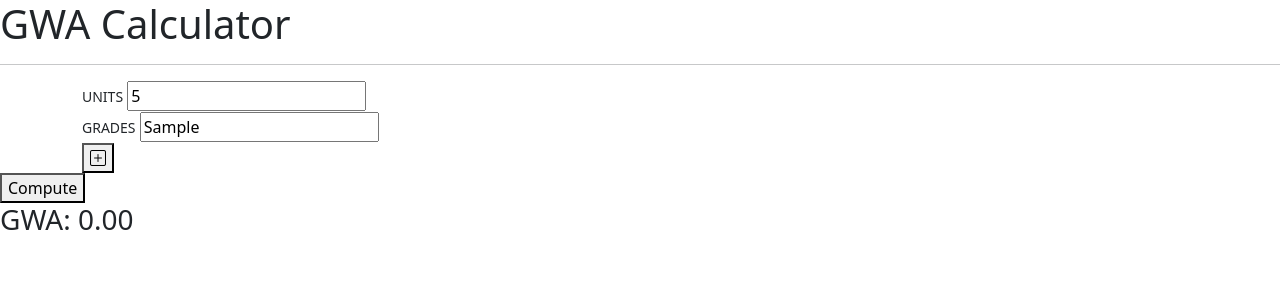
Repository: yonora/GWACalculator
Page: index.html
These files come from the project's save history. The page is drawn as it stood at one moment and after the next save; the edit follows.
The browser window is 1280 px wide. The pictures show the whole page.
Empty fields were first filled with sample values (such as "Sample", 5 or name@example.com).
After loading, the first visible `button.compute` was clicked once.

Above is the page before, as saved 2025-01-07 22:30:17.

After the next save:
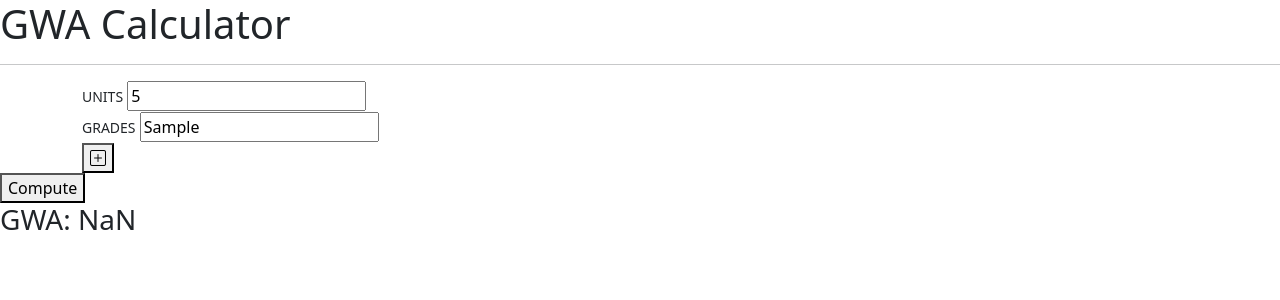
Saved 4 min 5 s later.
--- a/js.js
+++ b/js.js
@@ -40,12 +40,15 @@ function remove(id){
     getGWA();
 }
 
-function getUnits(units){
+function getUnits(units, grades){
     var totalUnits = 0;
 
     for(let i=0; i<units.length; i++){
         const unit = parseFloat(units[i].value);
-        totalUnits += unit;
+        const grade = parseFloat(grades[i].value);
+        if (grade > 0){
+            totalUnits += unit;
+        }
     }
     return parseFloat(totalUnits);
 }
@@ -54,7 +57,7 @@ function getUnits(units){
 function getGWA(){
     const grades = document.querySelectorAll('.grades');
     const units = document.querySelectorAll('.units');
-    const totalUnits = getUnits(units);
+    const totalUnits = getUnits(units, grades);
     var gwa = 0.00;
 
     for(let i=0; i<grades.length; i++){
